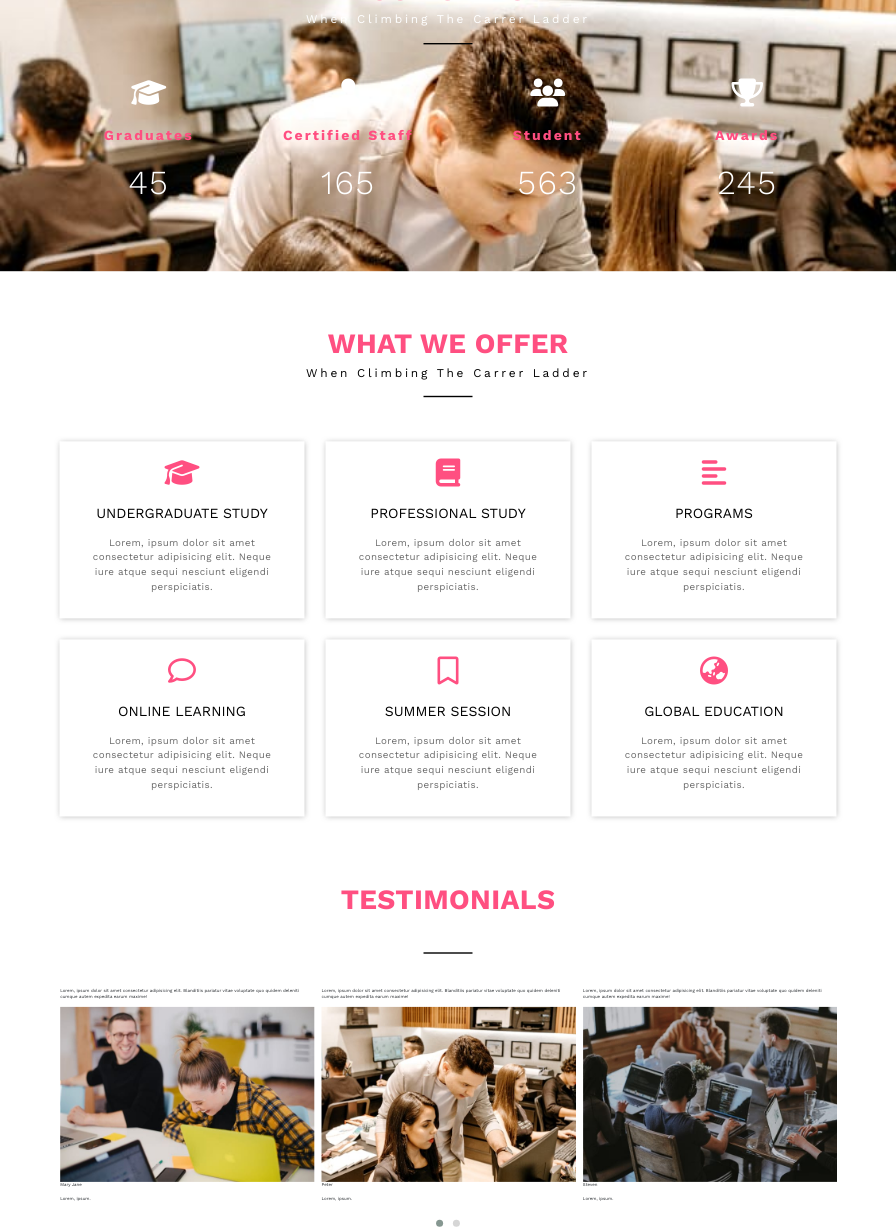
Repository: tudo1611/BC44_BOOTSTRAP_B7_INSTRUCTION_DO-TRUNG-TU
Page: index.html
An editor plug-in stored every save of this project. The page is shown before and after the next save, followed by the edit.
The browser window is 1280 px wide. The pictures show the part of the page from y = 1919 to 3839 px (the page is 3679 px tall before and 3839 px after), at 70% of full size.
Backgrounds fixed to the window are drawn as part of the page.

Above is the page before, as saved 2023-01-20 14:21:23.

After the next save:
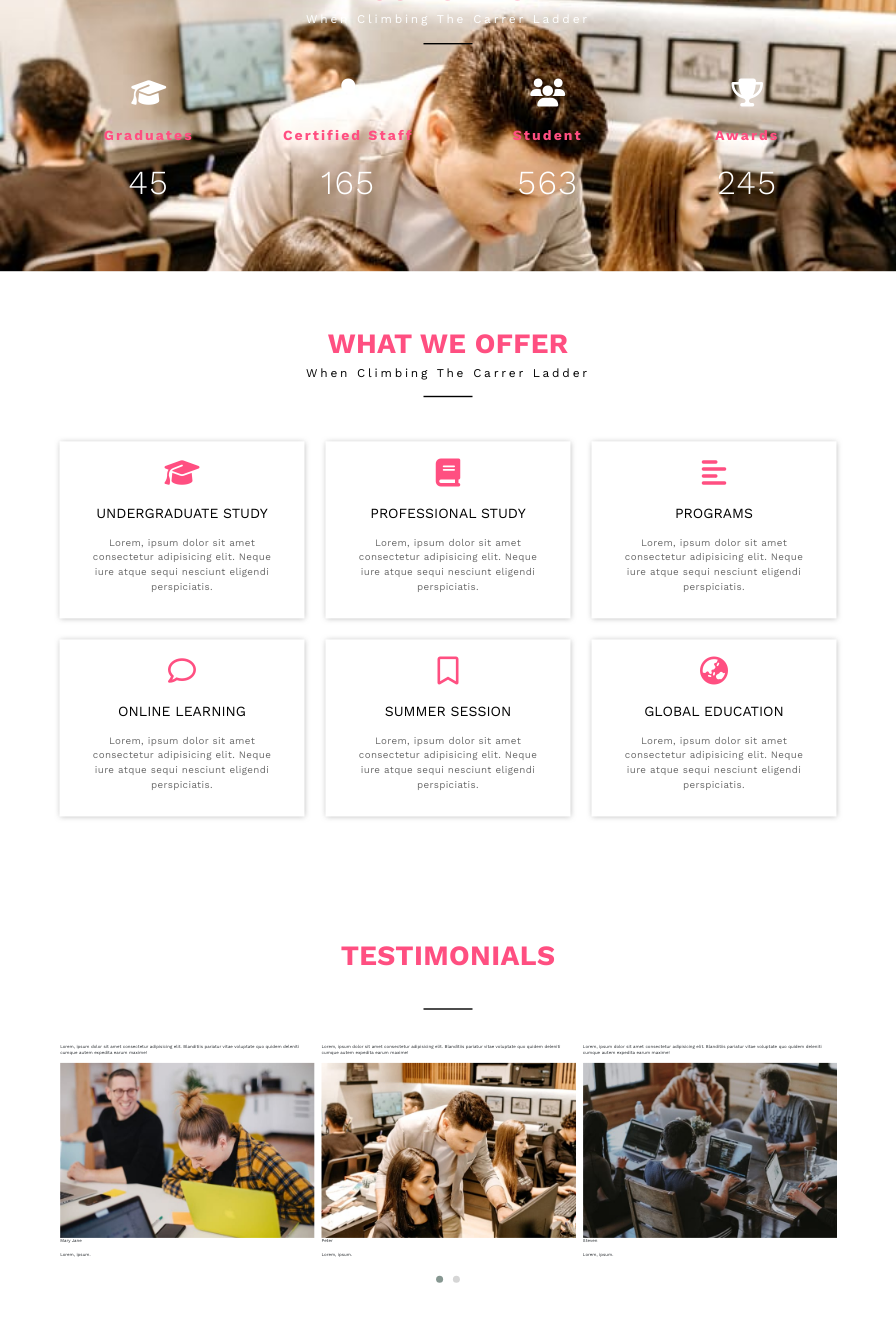
Saved 54 s later.
--- a/index.html
+++ b/index.html
@@ -350,7 +350,7 @@
       </div>
     </section>
     <!-- feedback -->
-    <section class="feedback">
+    <section class="feedback section">
       <div class="heading heading--white">
         <h2>TESTIMONIALS</h2>
         <p>When Climbing The Carrer Ladder</p>
